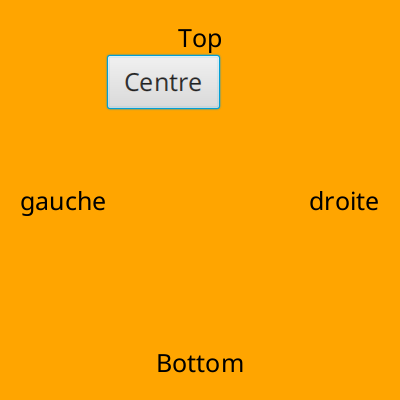
Repository: guehel/Workspace
Program's window: java HelloWorldJavaFx/src/application/Main.java
These files come from the project's save history. The program's window is drawn as it stood at one moment and after the next save; the edit follows.
It runs on Java 21 on a 1366 x 768 screen with JavaFX 11; the title bar is not drawn.

Above is the program's window before, as saved 2014-09-25 22:23:20.

After the next save:
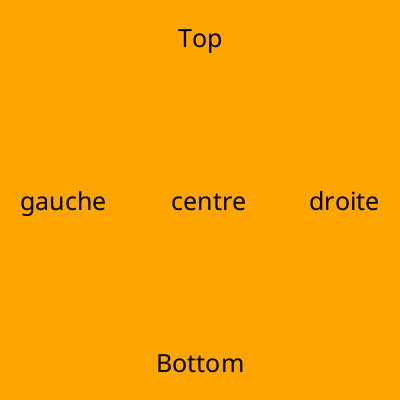
Saved 37 s later.
--- a/HelloWorldJavaFx/src/application/Main.java
+++ b/HelloWorldJavaFx/src/application/Main.java
@@ -25,7 +25,7 @@
 			BorderPane root = new BorderPane();
 			Button text = new Button("centre");
 
-			root.setCenter(hBox);
+			root.setCenter(new Text("centre"));
 			Text top = new Text("Top");
 			top.setStyle("-fx-");
 			root.setTop(top);
